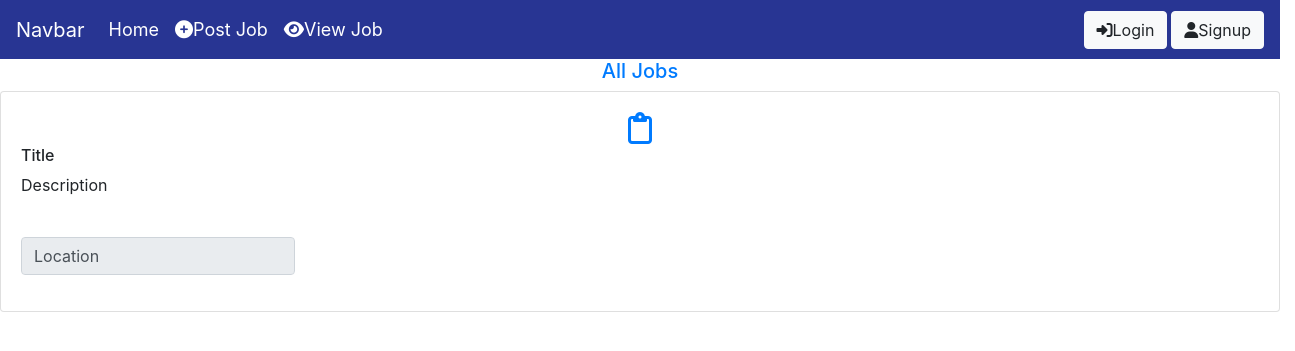
Repository: Pankaj08072001/Adv_Java
Page: http://localhost/06_Job_portal_Project/view_jobs.jsp
An editor plug-in stored every save of this project. The page is shown before and after the next save, followed by the edit.
The browser window is 1280 px wide. The page is 1295 px wide, so the pictures cover 1295 px, including what lies to the right of the window. The pictures show the whole page.
Some web libraries are served in a nearby version. The page is served by Tomcat 9.

Above is the page before, as saved 2025-03-13 21:27:58.

After the next save:
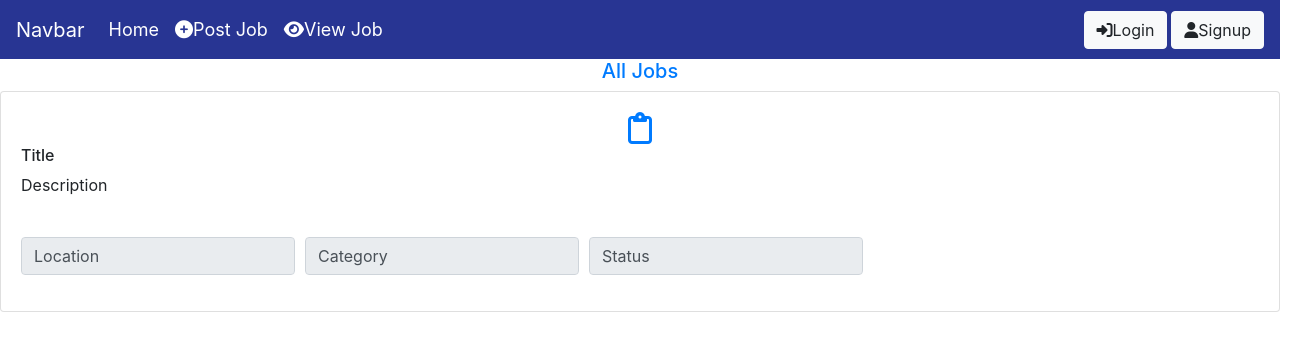
Saved 55 s later.
--- a/06_Job_portal_Project/src/main/webapp/view_jobs.jsp
+++ b/06_Job_portal_Project/src/main/webapp/view_jobs.jsp
@@ -28,6 +28,16 @@
 
 						</div>
 
+						<div class="form-group col-md3">
+						<input type="text" class=" form-control form-contorl-sm" value="Category" readonly>
+
+						</div>
+
+						<div class="form-group col-md3">
+						<input type="text" class=" form-control form-contorl-sm" value="Status" readonly>
+
+						</div>
+
 						</div>
 
 					</div>
